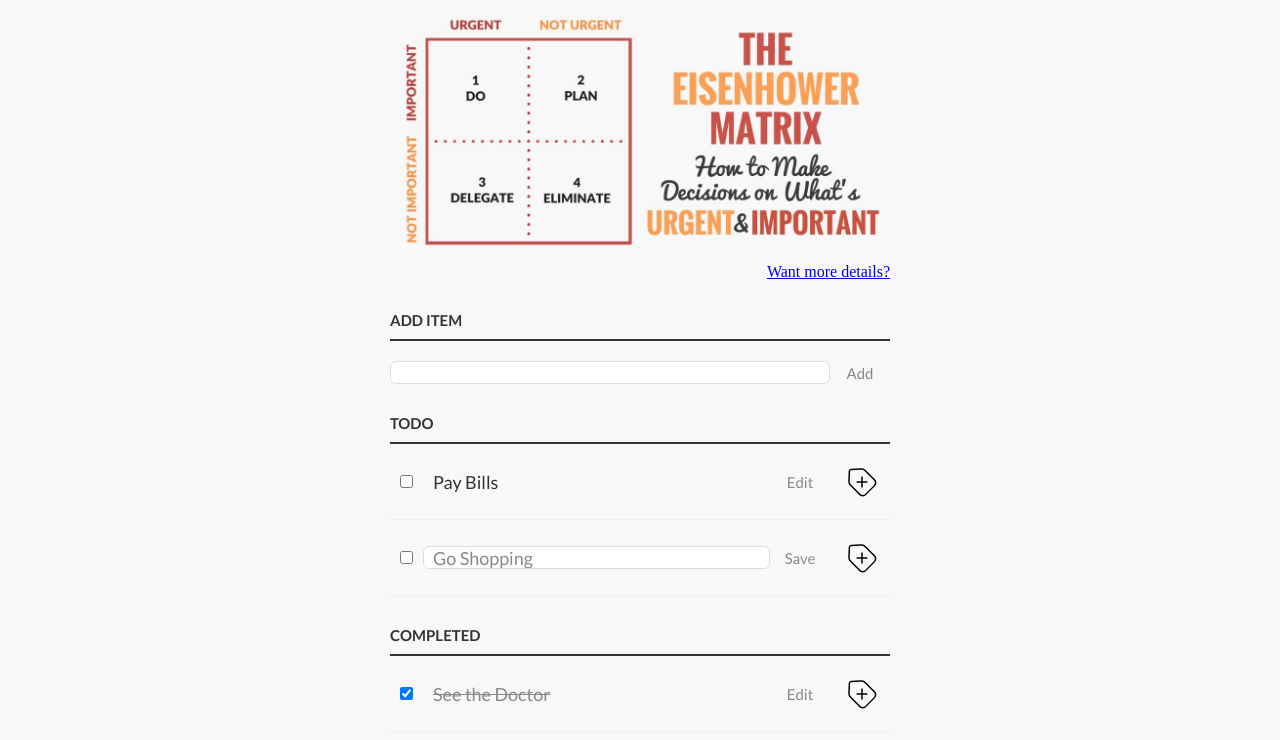
Repository: dev1siWoo/clean-code-s1e1
Page: index.html
An editor plug-in stored every save of this project. The page is shown before and after the next save, followed by the edit.
The browser window is 1280 px wide. The pictures show the whole page.

Above is the page before, as saved 2024-01-08 22:17:48.

After the next save:
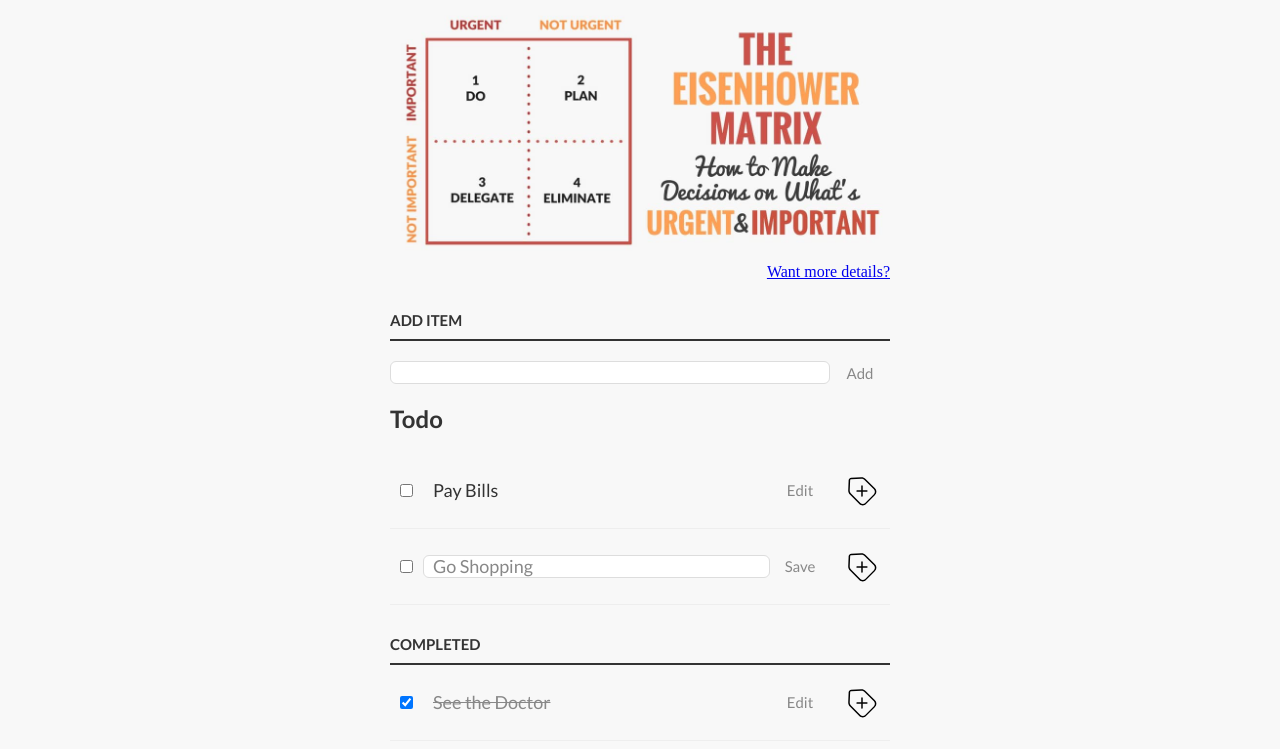
Saved 10 s later.
--- a/index.html
+++ b/index.html
@@ -26,7 +26,7 @@
                     <button>Add</button>
                 </div>
             </section>
-            <h3>Todo</h3>
+            <h2>Todo</h2>
             <ul id="incompleteTasks">
                 <li>
                     <input type="checkbox">
